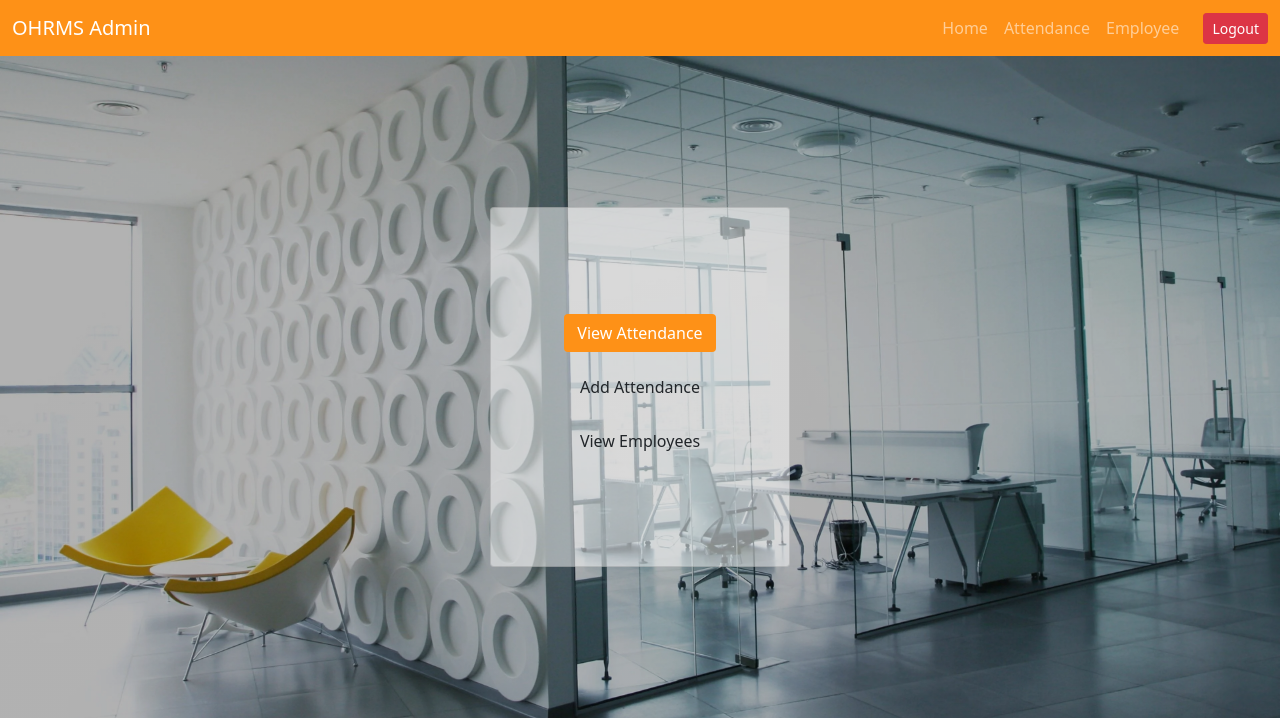
Repository: SaudCh/PHP-OHRMS
Page: http://localhost/admin/index
The author's editor kept a copy of each file at every save. The page is drawn from the files as they stood at one save, then again after the next save.
The browser window is 1280 px wide. The pictures show the whole page.
Some web libraries are served in a nearby version. The page is run by PHP 8.4 with error messages shown; the project is at /var/www/html/. The session is filled in as if someone had signed in: {"admin": "admin@ohrm.com"}. Other server files are loaded and not shown.

Above is the page before, as saved 2022-06-06 00:32:32.

### admin/index.php
<!DOCTYPE html>
<html lang="en">

<head>
    <meta charset="UTF-8">
    <meta http-equiv="X-UA-Compatible" content="IE=edge">
    <meta name="viewport" content="width=device-width, initial-scale=1.0">
    <?php require "../assets/includes/link.includes.php" ?>
    <title>OHRMS</title>
    <style>
        .index-body {
            height: 92vh;
            display: flex;
            justify-content: center;
            align-items: center;

            background-image: linear-gradient(rgba(0, 0, 0, 0.3), rgba(0, 0, 0, 0.3)), url('../assets/images/4452961.webp');
            background-size: cover;
            background-repeat: no-repeat;
            background-position: center;
        }

        .card {
            width: 300px;
            height: 50vh;
            display: flex;
            flex-direction: column;
            align-items: center;
            justify-content: center;
            background-color: rgba(255, 255, 255, 0.5);
        }
    </style>
</head>

<body>
    <?php require "./assets/Components/header.php" ?>
    <div class="index-body">
        <div class="card">
            <a class="btn my-2 text-white" style="background-color: #fe9117;" href="attendance">View Attendance</a>
            <a class="btn my-2" href="add-attendance">Add Attendance</a>
            <a class="btn my-2" href="employee">View Employees</a>
        </div>
    </div>
</body>

</html>

### assets/includes/link.includes.php
<link href="https://cdn.jsdelivr.net/npm/bootstrap@5.0.2/dist/css/bootstrap.min.css" rel="stylesheet" integrity="sha384-EVSTQN3/azprG1Anm3QDgpJLIm9Nao0Yz1ztcQTwFspd3yD65VohhpuuCOmLASjC" crossorigin="anonymous">
<script src="https://cdn.jsdelivr.net/npm/bootstrap@5.0.2/dist/js/bootstrap.bundle.min.js" integrity="sha384-MrcW6ZMFYlzcLA8Nl+NtUVF0sA7MsXsP1UyJoMp4YLEuNSfAP+JcXn/tWtIaxVXM" crossorigin="anonymous"></script>
<script src="https://cdn.jsdelivr.net/npm/@popperjs/core@2.9.2/dist/umd/popper.min.js" integrity="sha384-IQsoLXl5PILFhosVNubq5LC7Qb9DXgDA9i+tQ8Zj3iwWAwPtgFTxbJ8NT4GN1R8p" crossorigin="anonymous"></script>
<script src="https://cdn.jsdelivr.net/npm/bootstrap@5.0.2/dist/js/bootstrap.min.js" integrity="sha384-cVKIPhGWiC2Al4u+LWgxfKTRIcfu0JTxR+EQDz/bgldoEyl4H0zUF0QKbrJ0EcQF" crossorigin="anonymous"></script>

<script src="https://kit.fontawesome.com/5d60ba127b.js" crossorigin="anonymous"></script>

<link rel="stylesheet" href="./assets/css/style.css" type="text/css">
<link rel="stylesheet" href="./assets/css/footer.css" type="text/css">
<style>
    .link {
        text-decoration: none;
    }
</style>

### admin/assets/Components/header.php
<?php
session_start();
$email = '';

include '../assets/config/dbconfig.php';

if (isset($_SESSION['admin'])) {
    $email = $_SESSION['admin'];
} else {
    header("location: login");
}
?>
<nav class="navbar navbar-expand-lg navbar-dark" style="background-color: #fe9117;">
    <div class="container-fluid">
        <a class="navbar-brand" href="index">OHRMS Admin</a>
        <button class="navbar-toggler" type="button" data-bs-toggle="collapse" data-bs-target="#navbarSupportedContent" aria-controls="navbarSupportedContent" aria-expanded="false" aria-label="Toggle navigation">
            <span class="navbar-toggler-icon"></span>
        </button>
        <div class="collapse navbar-collapse" id="navbarSupportedContent">
            <ul class="navbar-nav ms-auto me-3 mb-2 mb-lg-0">
                <li class="nav-item">
                    <a class="nav-link" aria-current="page" href="index">Home</a>
                </li>
                <li class="nav-item">
                    <a class="nav-link" href="attendance">Attendance</a>
                </li>
                <li class="nav-item">
                    <a class="nav-link" href="employee">Employee</a>
                </li>
            </ul>
            <?php

            if (isset($_SESSION['admin'])) {
                echo '<a href="./assets/includes/admin-logout.includes.php" class="btn btn-sm btn-danger">Logout</a>';
            } else {
                echo '<a href="login" class="btn btn-sm btn-success">Login/Register</a>';
            }
            ?>

        </div>
    </div>
</nav>

### assets/config/dbconfig.php
<?php
// Database configuration
$dbHost     = "localhost";
$dbUsername = "root";
$dbPassword = "";
$dbName     = "ohrms";

// $dbHost     = "sql102.epizy.com";
// $dbUsername = "epiz_31455211";
// $dbPassword = "Kr3NNcrNvT9Mx4";
// $dbName     = "epiz_31455211_ohrms";

// Create database connection
$db = new mysqli($dbHost, $dbUsername, $dbPassword, $dbName);
$con=mysqli_connect($dbHost, $dbUsername, $dbPassword,$dbName);

// Check connection
if ($db->connect_error) {
    die("Connection failed: " . $db->connect_error);
}

### assets/css/footer.css
.back-to-top {
  cursor: pointer;
  position: fixed;
  bottom: 30px;
  right: 20px;
  display: none;
  z-index: 10;
}

.footer {
  background-color: #fe9126;
  display: flex;
  color: white;
  z-index: 2;
}

.footer a {
  color: white;
  text-decoration: none;
  font-weight: 500;
}

.footer-links ul {
  text-align: left;
}

.footer-links li {
  list-style: none;
}

.copyright {
  color: white;
  background-color: #fe9126;
}

Loaded but not shown: assets/css/style.css (common file)

After the next save:
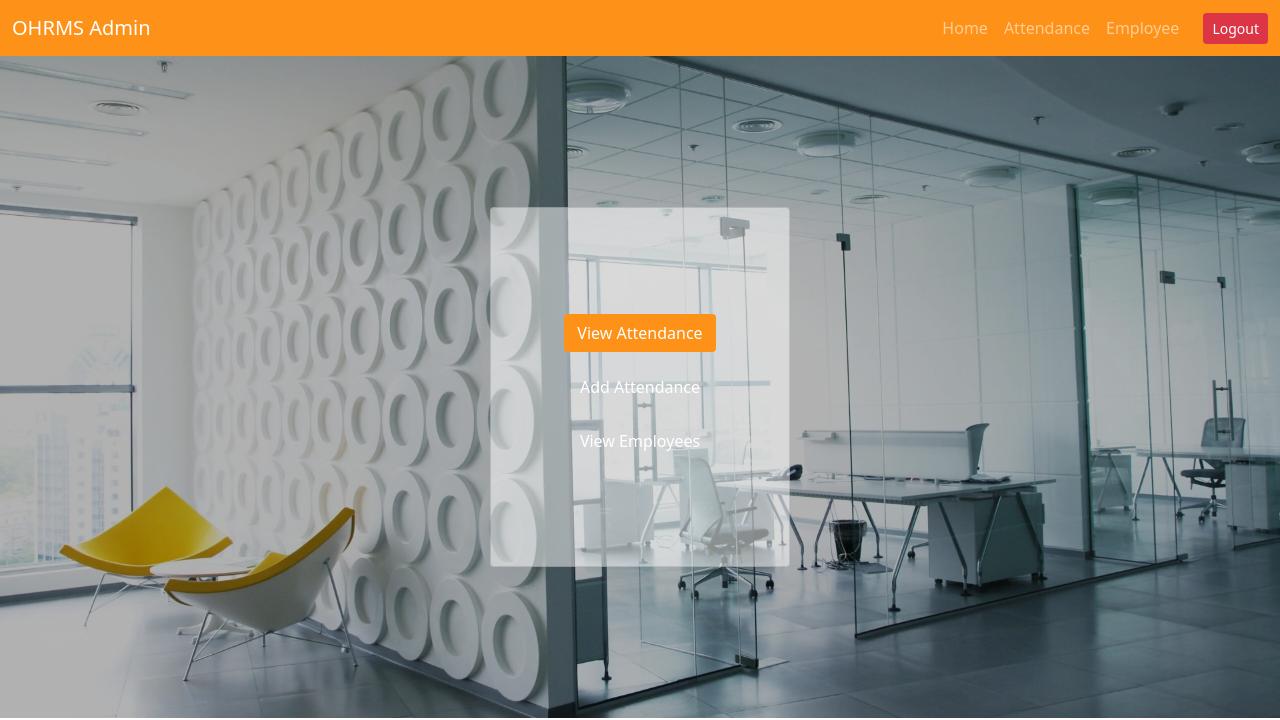
Saved 6 s later.
--- a/admin/index.php
+++ b/admin/index.php
@@ -37,8 +37,8 @@
     <div class="index-body">
         <div class="card">
             <a class="btn my-2 text-white" style="background-color: #fe9117;" href="attendance">View Attendance</a>
-            <a class="btn my-2" href="add-attendance">Add Attendance</a>
-            <a class="btn my-2" href="employee">View Employees</a>
+            <a class="btn my-2 text-white" href="add-attendance">Add Attendance</a>
+            <a class="btn my-2 text-white" href="employee">View Employees</a>
         </div>
     </div>
 </body>
